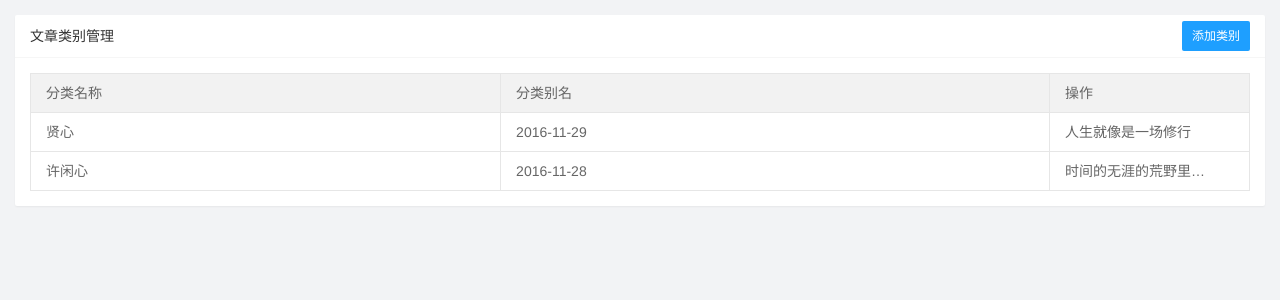
Repository: haloxxi/web_bigevent
Page: article/art-cate.html
The author's editor kept a copy of each file at every save. The page is drawn from the files as they stood at one save, then again after the next save.
The browser window is 1280 px wide. The pictures show the whole page.
The page's requests for data from a server got no answer.

Above is the page before, as saved 2022-06-27 15:40:22.
Console error: TypeError: Cannot read properties of undefined (reading 'status')

After the next save:
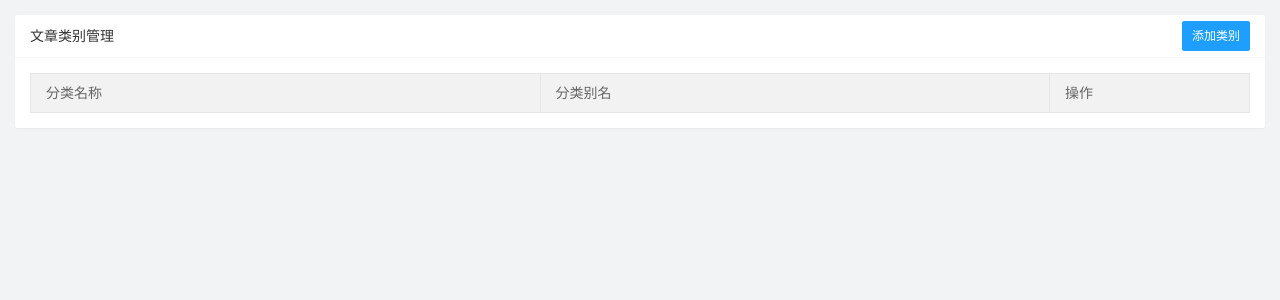
Saved 20 s later.
--- a/article/art-cate.html
+++ b/article/art-cate.html
@@ -36,16 +36,7 @@
                     </tr>
                 </thead>
                 <tbody>
-                    <tr>
-                        <td>贤心</td>
-                        <td>2016-11-29</td>
-                        <td>人生就像是一场修行</td>
-                    </tr>
-                    <tr>
-                        <td>许闲心</td>
-                        <td>2016-11-28</td>
-                        <td>时间的无涯的荒野里…</td>
-                    </tr>
+
                 </tbody>
             </table>
         </div>
